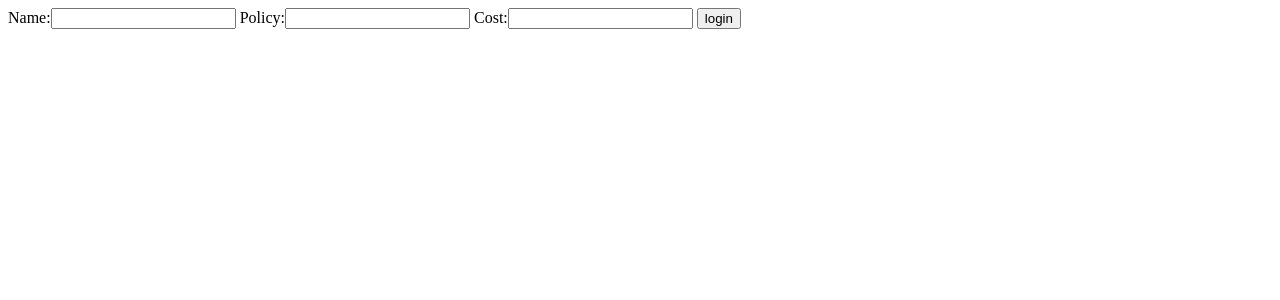
Repository: GOUTHAMREDDY1198/DBS_SPRING
Page: http://localhost/Insurance/
These files come from the project's save history. The page is drawn as it stood at one moment and after the next save; the edit follows.
The browser window is 1280 px wide. The pictures show the whole page.
The page is served by Tomcat 9. Other server files are loaded and not shown.

Above is the page before, as saved 2020-11-10 18:02:38.

### Insurance/WebContent/index.jsp
<form action="login" method="get">
Name:<input type="text" name="name"/>
Policy:<input type="text" name="policy"/>
Cost:<input type="text" name="cost"/>

<input type="submit" value="login"/>
</form>

After the next save:
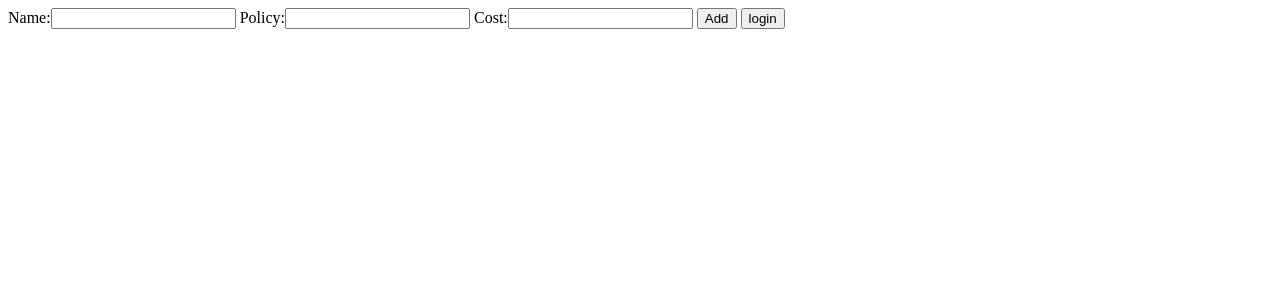
Saved 111 s later.
--- a/Insurance/WebContent/index.jsp
+++ b/Insurance/WebContent/index.jsp
@@ -2,6 +2,6 @@
 Name:<input type="text" name="name"/>
 Policy:<input type="text" name="policy"/>
 Cost:<input type="text" name="cost"/>
-
+<input type="button" value="Add" />
 <input type="submit" value="login"/>
 </form>
